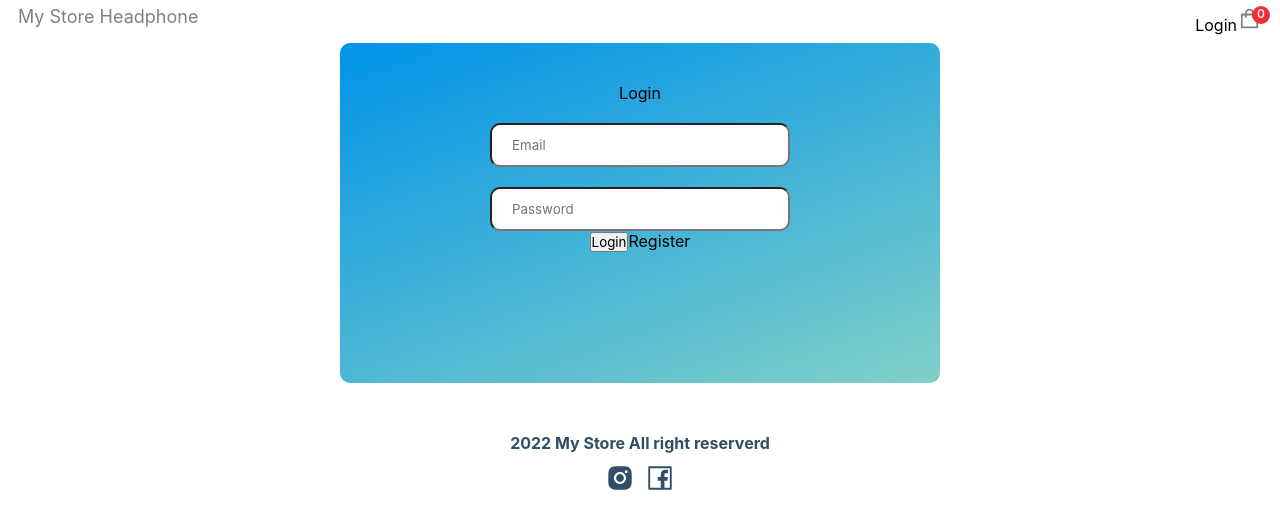
Repository: Than-sothearak/ecommerce
Page: /login
An editor plug-in stored every save of this project. The page is shown before and after the next save, followed by the edit.
The browser window is 1280 px wide. The pictures show the whole page.
The project was rebuilt for these pictures with package versions that can differ from the ones it lists, and the page was loaded fresh each time. The framework's server and built-in components were replaced by stand-ins that run in the browser. Also part of the build but not shown: next.config.js, lib/client.js, components/Cart.jsx, components/FooterBanner.jsx, components/HeroBanner.jsx, components/Product.jsx.

Above is the page before, as saved 2022-11-28 20:12:03.

After the next save:
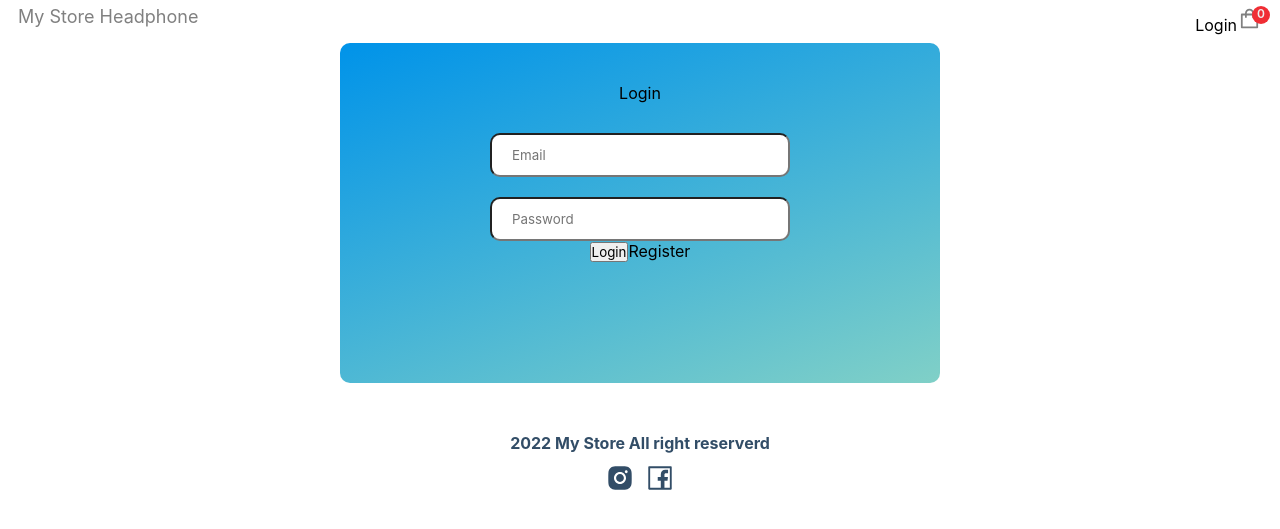
Saved 89 s later.
--- a/pages/login.js
+++ b/pages/login.js
@@ -1,35 +1,36 @@
 import Link from 'next/link';
 import React, { useState } from 'react';
 import axios from 'axios';
+import { useRouter } from 'next/router';
 
 
 const login = () => {
   const [email, setEmail] = useState('');
   const [password, setPassword ] = useState('');
 
+
+
   const submitHandler = async (e) => {
     e.preventDefault();
-    try {
-      const { data } = await axios.post('/api/login', {
-        email,
-        password,
-      });
-      // dispatch({ type: 'USER_LOGIN', payload: data });
-      // Cookies.set('userInfo', data);
-      // router.push(redirect || '/');
-    } catch (err) {
-      alert(err.message);
-    }
+     try {
+      const { data } = await axios.post('/api/login', { email,password });
+      console.log(data.email);
+     } catch (err){
+      console.log(err);
+     }
+
+
   };
   return (
-    <form action='/api/login' method='POST' className='form-container' >
+    <form onSubmit={submitHandler} action='/api/login' className='form-container' >
       <div className='login'>Login
       </div>
+      <p></p>
       <div className='input-container'>
         <input onChange={e => setEmail(e.target.value)} name='email'type='email' placeholder='Email' className='input'></input>
         <input onChange={e => setPassword(e.target.value)} name='password'type='password' placeholder='Password' className='input'></input>
       </div>
-        <input onChange={submitHandler} type='submit' value='Login'/>
+        <input type='submit' value='Login'/>
         <Link href='/register'>Register</Link>
     </form>
   )
